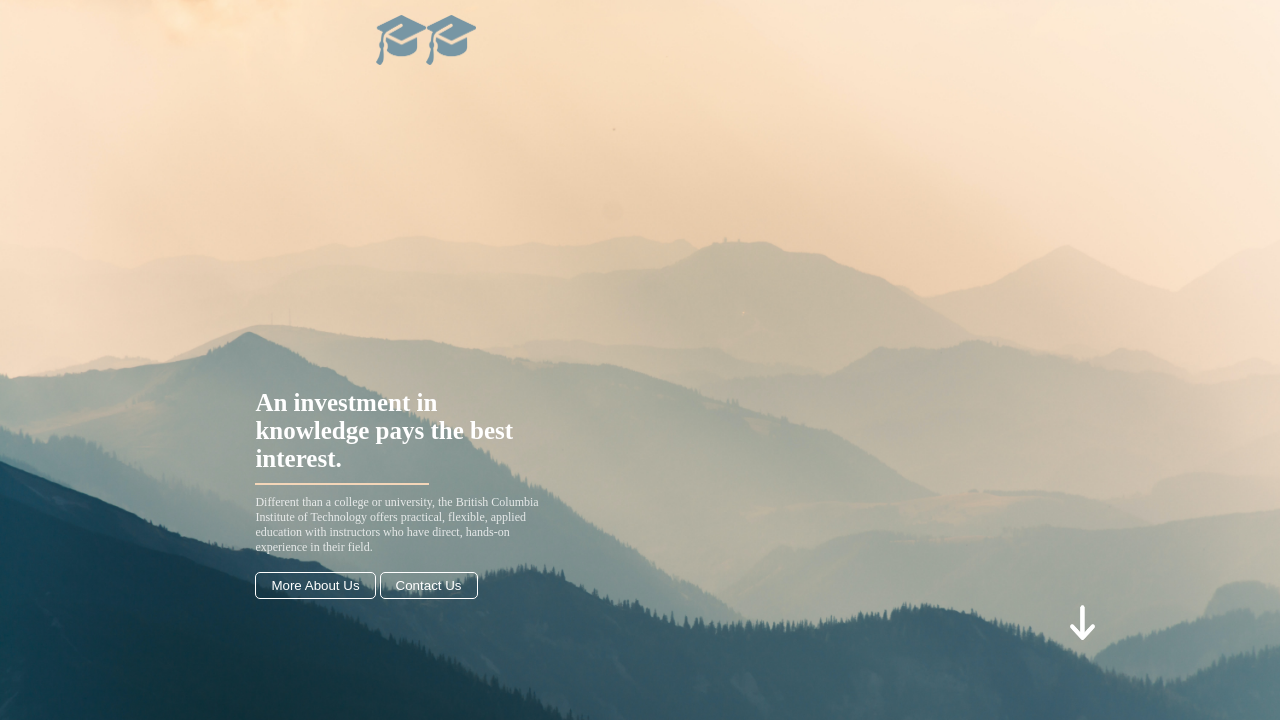
Repository: Sheraliramzan/Aly_A01253508_Assignment1
Page: /
These files come from the project's save history. The page is drawn as it stood at one moment and after the next save; the edit follows.
The browser window is 1280 px wide. The pictures show the whole page.
The project was rebuilt for these pictures with package versions that can differ from the ones it lists, and the page was loaded fresh each time. The framework's server and built-in components were replaced by stand-ins that run in the browser. Also part of the build but not shown: next.config.js.

Above is the page before, as saved 2023-02-04 17:01:01.

### pages/index.js
import Head from 'next/head'
import Image from 'next/image'
import styles from '../styles/Home.module.css'
import Navbar from '../components/nav/nav'

export default function Home() {
  return (
    <>
      <Head>
        <title>Home</title>
        <meta name="author" content="MDIA 2109" />
        <meta property="og:title" content= "Assignment #1 - Home Page"/>
        <meta property="og:description" content= "BCIT Digital Design and Development Diploma"/>
        <meta name="viewport" content="width=device-width, initial-scale=1" />
        <link rel="icon" href="/favicon.png" />
      </Head>
      <main className={styles.main}>
        <div className='fullcont'>
          <Navbar/>
          <div className="headcont">
            <h1 className="headhome">An investment in <br/>knowledge pays the best <br/> interest.</h1>
            <div className="horidiv"></div>
            <p className="para1">Different than a college or university, the British Columbia <br/> Institute of Technology offers practical, flexible, applied education with instructors who have direct, hands-on experience in their field.</p>
          </div>
          <a className='butcont'>
            <button className='but1'>More About Us</button>
            <button className='but1'>Contact Us</button>
          </a>
          <a>
            <span>
              <Image className='downarrow' src ={"/downwardArrow.png"} width={25} height={35}></Image>
            </span>
          </a>
        </div>
      </main>
    </>
  )
}

### styles/globals.css


* {
  box-sizing: border-box;
  padding: 0;
  margin: 0;
}

html,
body {
  max-width: 100vw;
  overflow-x: hidden;

  background-image:url('../public/background-images/backgroundMountain.jpg') ;
  background-size: cover;
  background-repeat: no-repeat;
  height: 100vh;
}
li{
  list-style: none;
}
a{
  color: var(--primary-color);
  text-decoration: none;
}
.navbar{
  display: flex;
  justify-content: space-between;
  padding: 0px;
}
.navmen{
  display: flex;
  flex-direction: column;
  gap: 15px;
  position: fixed;
  left: -100%;
  top: 70px;
  transition: 0.3s;
}
.navmen.active{
  left:0;

}
.hamburger{
  display: block;
}
.bar{
  display: block;
  width: 25px;
  height: 3px;
  margin: 5px auto;
  -webkit-transition: all 0.3s ease-in-out;
  transition: all 0.3s ease-in-out;
  background-color: var(--quinary-color);
}
.fullcont{
  margin: 15px;
}
.but1{
  margin: 2px;
  padding: 5px 15px;
  background: none;
  border: 1px solid var(--primary-color);
  border-radius: 5px;
  color:var(--primary-color) ;
}
.butcont{
 margin-left: -123px;
}

.but1:hover{
  background-color: var( --primary-color);
  color: var(--quinary-color);
}
.downarrow{
  position: relative;
  left: 590px;
  top:50px;
}
.headcont{
  display: flex;
  flex-direction: column;
  width: 55%;
  margin-top: 320px;
  margin-left: -121px;
}
.headhome{
  color: var(--primary-color);
  font-size: 25px;
  margin-bottom: 10px;
}
.horidiv{
  width: 60%;
  border: 1px solid var(--secondary-color);
  margin-bottom: 10px;
}
.para1{
  color: var(--primary-color);
  font-size:12px;
  width: 100%;
  opacity: 0.8;
}


#carouselImage{
  height: 200px;
  background-repeat: no-repeat;
  background-size: cover;
  display: flex;
  justify-content: center;
  align-items: center;
  margin: 40px 0px;
}
#testOnImageHere{
  background-color: rgba(16, 46, 53, 0.5);
  padding: 10px;
  margin: 0px 50px;
}

### styles/variables.css
:root{
    --primary-color:#fff;
    --secondary-color:#f4d6b9;
    --ternary-color: #7796a4;
    --quaternary-color:#14343d;
    --quinary-color:rgba(16,46,53,0.5);
}

### styles/Home.module.css
.main {
  display: flex;
  flex-direction: column;
  justify-content: space-between;
  align-items: center;
}

### components/nav/nav.jsx
import Image from "next/image";
import { useState } from "react";
import { useRouter } from "next/router";
import { menuList } from "./data";

export default function Navbar() {
  const [isMenuOpen, setIsMenuOpen] = useState(false);
  const handleMenu = () => {
    setIsMenuOpen(!isMenuOpen);
  };
  const router = useRouter();

  return (
    <>
      <div className="nav-img-container">
        <Image
          src={"/icons/graduation-hat.png"}
          width={50}
          height={50}
          onClick={handleMenu}
        />
        <Image src={"/icons/graduation-hat.png"} width={50} height={50} />
      </div>
      {isMenuOpen && (
        <div className="menu-bg-container">
          <div className="list-container">
            <div className="btn-container">
              <button className="close-btn" onClick={handleMenu}>
                X
              </button>
            </div>
            <ul>
              {menuList.map((o, i) => {
                return (
                  <li
                    key={i}
                    onClick={() => {
                      router.push(`/${o.link}`);
                    }}
                  >
                    {o.name}
                  </li>
                );
              })}
            </ul>
          </div>
          <Image
            src={"/background-images/menuBackground.png"}
            width={240}
            height={240}
          />
        </div>
      )}
    </>
  );
}

### components/nav/data.js


export const menuList = [
    {
      id: 1,
      name: "Home",
      link: "/",
    },
    {
      id: 2,
      name: "About",
      link: "/about",
    },
    {
      id: 3,
      name: "Contact",
      link: "/contact",
    },
  ];

Loaded but not shown: pages/_app.js (common file); pages/_document.js (common file)

After the next save:
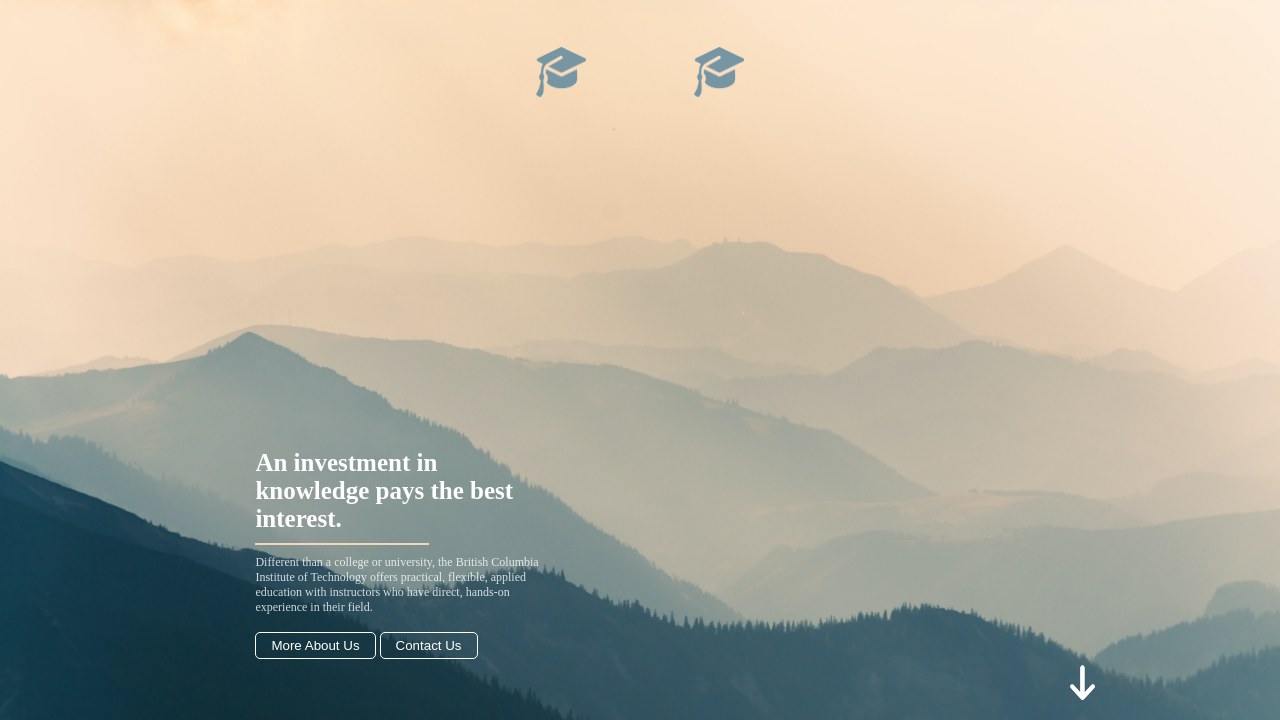
Saved 7 min 46 s later.
--- a/styles/globals.css
+++ b/styles/globals.css
@@ -16,42 +16,11 @@ body {
   background-repeat: no-repeat;
   height: 100vh;
 }
-li{
-  list-style: none;
-}
-a{
-  color: var(--primary-color);
-  text-decoration: none;
-}
-.navbar{
+.nav-img-container {
   display: flex;
+  align-items: center;
   justify-content: space-between;
-  padding: 0px;
-}
-.navmen{
-  display: flex;
-  flex-direction: column;
-  gap: 15px;
-  position: fixed;
-  left: -100%;
-  top: 70px;
-  transition: 0.3s;
-}
-.navmen.active{
-  left:0;
-
-}
-.hamburger{
-  display: block;
-}
-.bar{
-  display: block;
-  width: 25px;
-  height: 3px;
-  margin: 5px auto;
-  -webkit-transition: all 0.3s ease-in-out;
-  transition: all 0.3s ease-in-out;
-  background-color: var(--quinary-color);
+  padding: 2rem 10rem;
 }
 .fullcont{
   margin: 15px;
